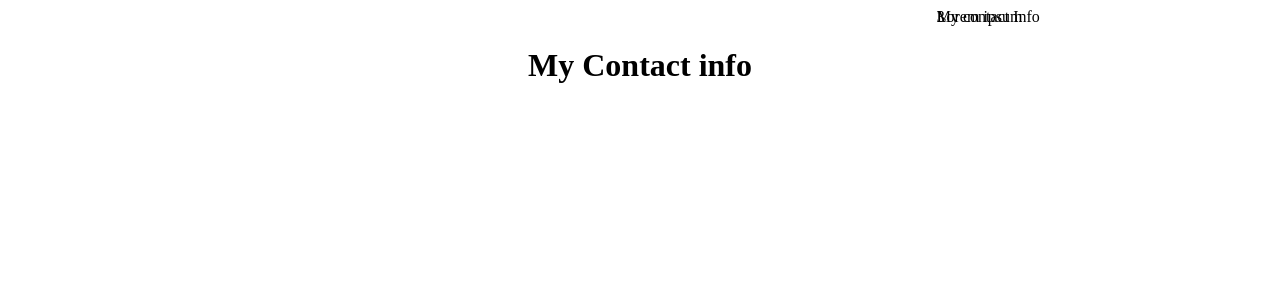
Repository: Melinda-Nanjad-Personal-Website/Personal-web
Page: contact.html
These files come from the project's save history. The page is drawn as it stood at one moment and after the next save; the edit follows.
The browser window is 1280 px wide. The pictures show the whole page.

Above is the page before, as saved 2023-07-27 20:40:17.

After the next save:
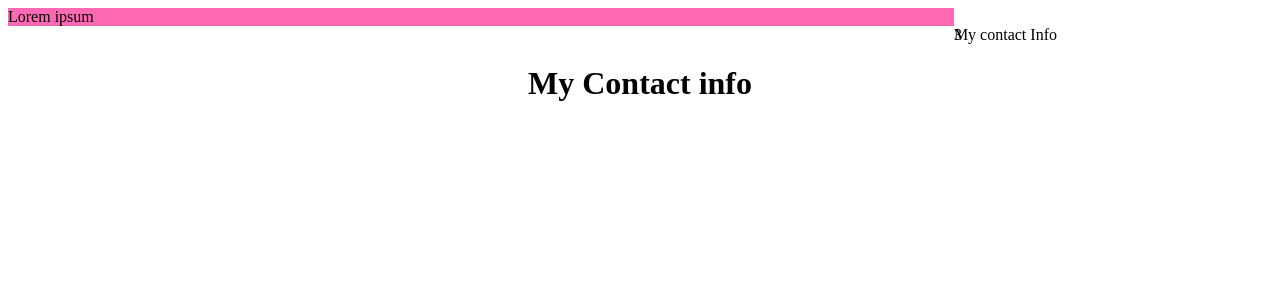
Saved 78 s later.
--- a/cf.css
+++ b/cf.css
@@ -11,6 +11,8 @@
 .item-1 {
     grid-row- span 2;
     grid-column: 1/5;
+    background-color: hotpink;
+    padding: 5px
     grid-area: main;
 }
 
